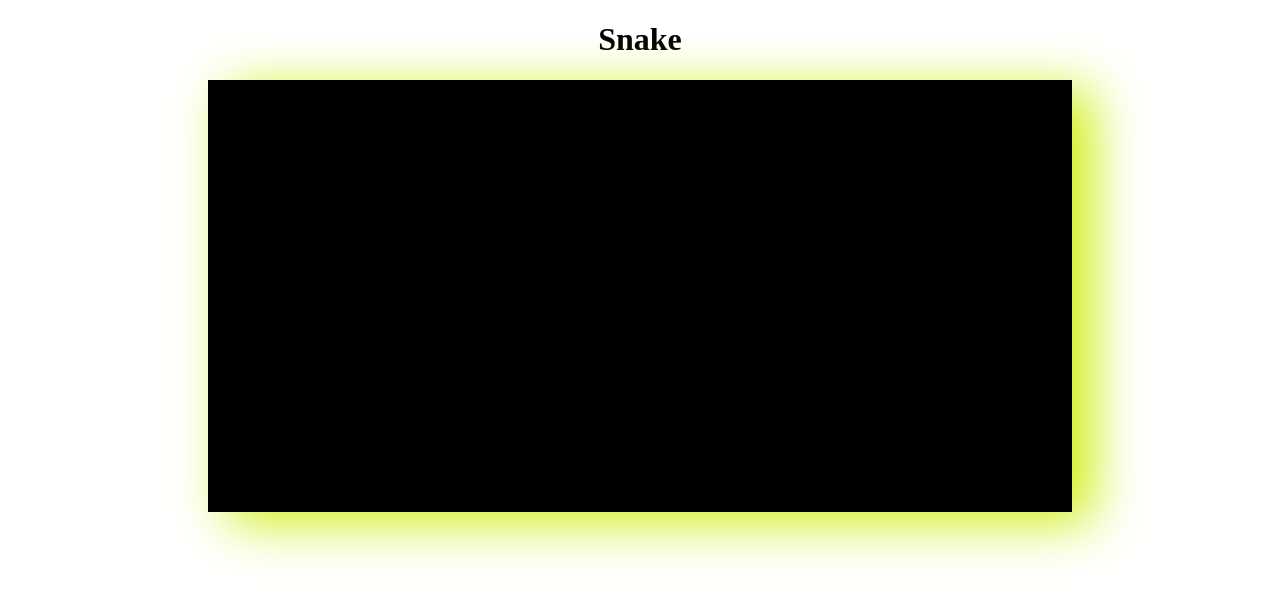
Repository: Ellisvelandia/snake
Page: index.html
An editor plug-in stored every save of this project. The page is shown before and after the next save, followed by the edit.
The browser window is 1280 px wide. The pictures show the whole page.

Above is the page before, as saved 2022-08-26 23:16:21.

### index.html
<!DOCTYPE html>
<html lang="en">
<head>
  <meta charset="UTF-8">
  <meta http-equiv="X-UA-Compatible" content="IE=edge">
  <meta name="viewport" content="width=device-width, initial-scale=1.0">
  <link rel="stylesheet" href="style.css">
  <title>Snake</title>
</head>
<body>

  <h1>Snake</h1>

  <canvas id="game"></canvas>
  <script src="index.js"></script>
</body>
</html>

### style.css
body {
  margin: 0;
  padding: 0;
  display: flex;
  flex-direction: column;
  justify-content: center;
  align-items: center;
}

canvas {
  box-shadow: #ceee0b 20px 10px 50px;
  max-width:  80vw;
  height: 60vh;
}

### index.js
const canvas = document.getElementById("game");
const ctx = canvas.getContext("2d");

let speed = 7;

let tileCount = 20;
let tileSize = canvas.width / tileCount - 2;
let headX = 10;
let headY = 10;

let xVelocity=0;
let yVelocity=0;

// game  loop

function drawGame() {
  clearScreen();
  drawSnake();
  setTimeout(drawGame, 1000 / speed);
}

function clearScreen() {
  ctx.fillStyle = "#000";
  ctx.fillRect(0,0, canvas.width, canvas.height);
}

function drawSnake() {
  ctx.fillStyle = "orange"
  ctx.fillRect(headX * tileCount, headY* tileCount, tileSize,tileSize);
}

drawGame();

After the next save:
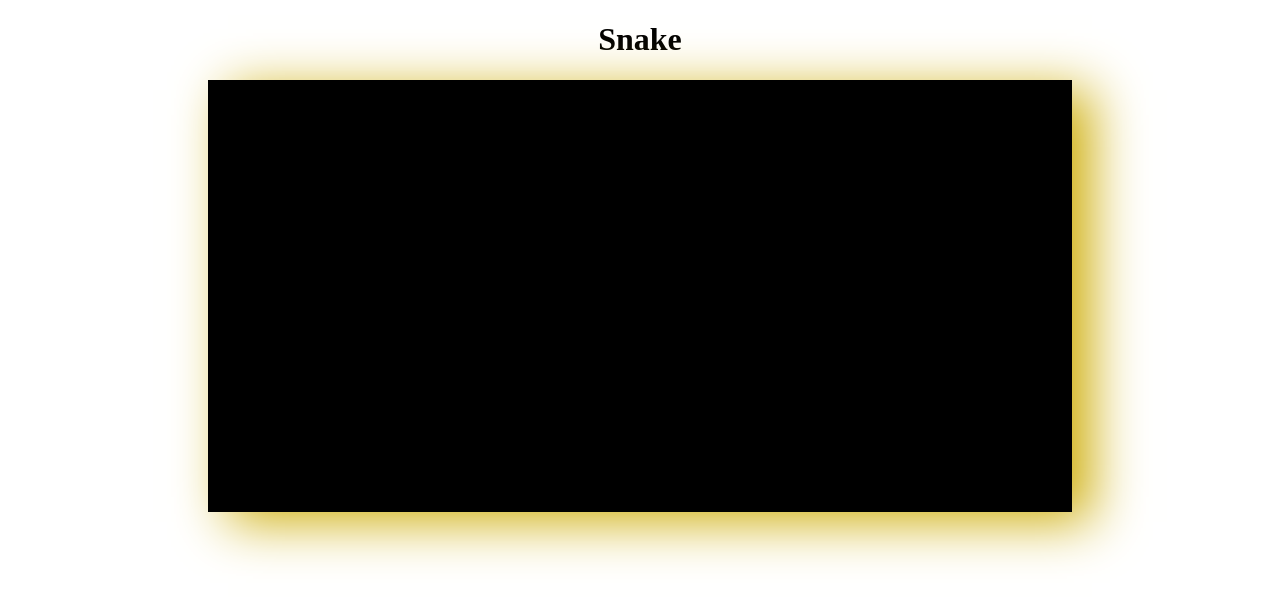
Saved 5 s later.
--- a/style.css
+++ b/style.css
@@ -8,7 +8,7 @@ body {
 }
 
 canvas {
-  box-shadow: #ceee0b 20px 10px 50px;
+  box-shadow: #ceae0b 20px 10px 50px;
   max-width:  80vw;
   height: 60vh;
 }
